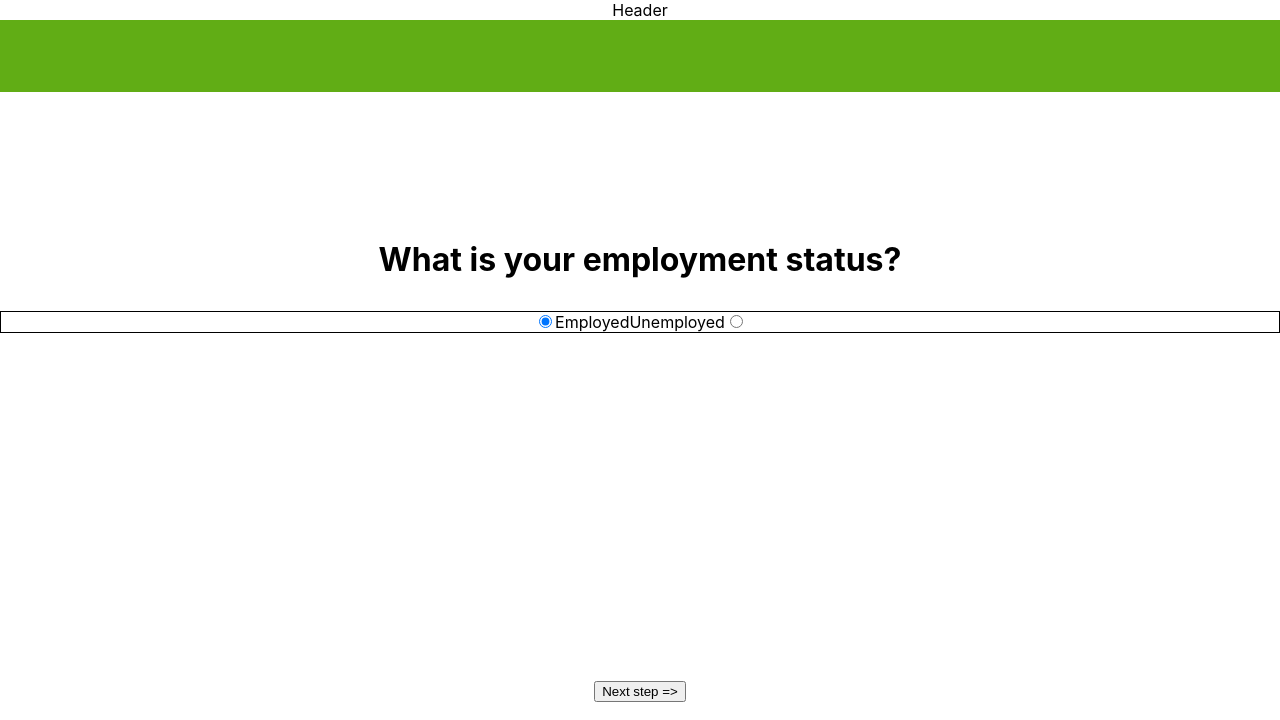
Repository: andbilous/task-survey
Page: /
These files come from the project's save history. The page is drawn as it stood at one moment and after the next save; the edit follows.
The browser window is 1280 px wide. The pictures show the whole page.
The project was rebuilt for these pictures with package versions that can differ from the ones it lists, and the page was loaded fresh each time.

Above is the page before, as saved 2020-06-16 18:36:35.

After the next save:
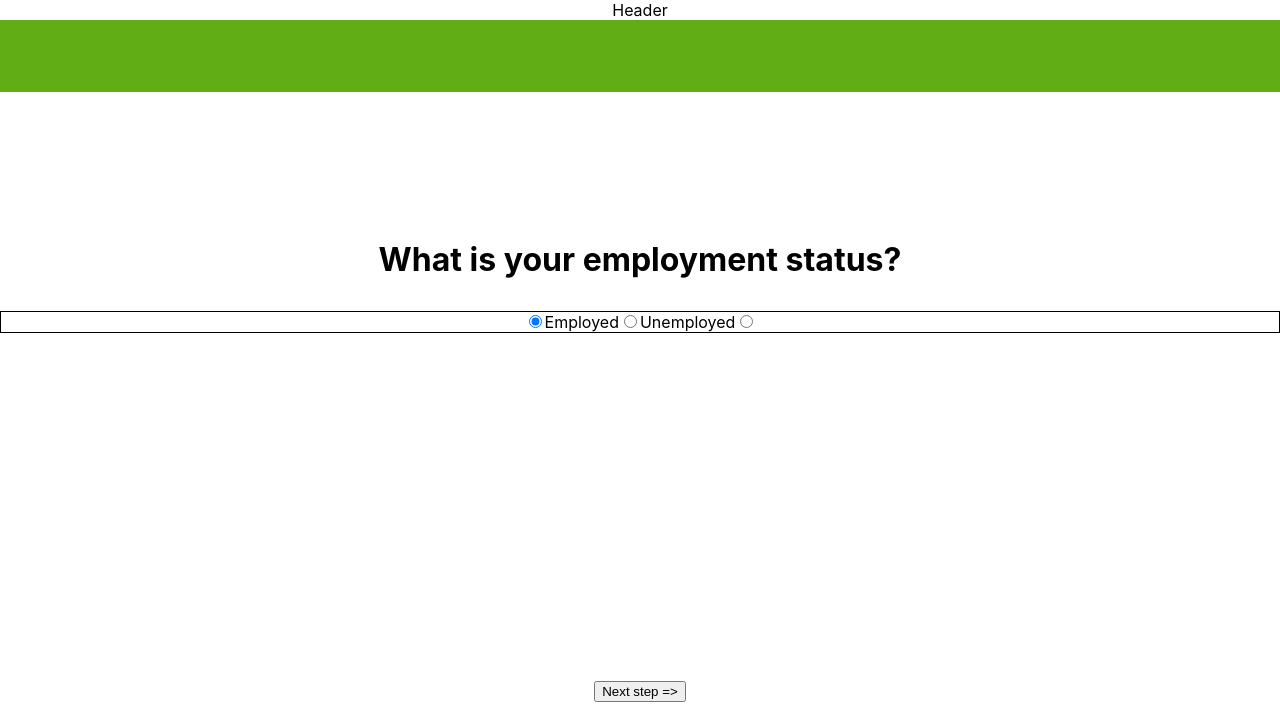
Saved 4 s later.
--- a/src/pages/EmploymentStatus.jsx
+++ b/src/pages/EmploymentStatus.jsx
@@ -29,7 +29,7 @@ const EmploymentStatusPage = () => {
       <form>
         <div id='1' style={{marginTop: '2rem',border: '1px solid black'}} className="radio">
             <label><input onChange={handleChange} name='1' type="radio" value="Employed" checked={true} />Employed</label>
-            <label>Unemployed</label>
+            <label><input onChange={handleChange} name='1' type="radio" value="Unemployed" />Unemployed</label>
             <input onChange={handleChange} name='1' type="radio" value="option3" />
         </div>
       </form>
